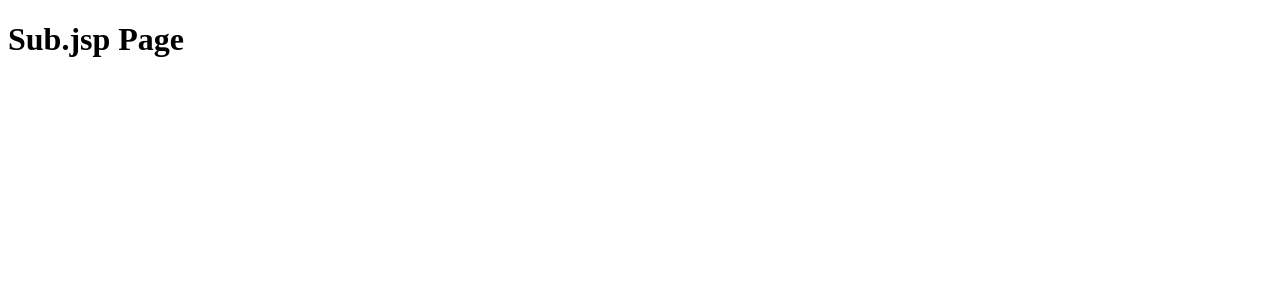
Repository: kimhun456/JSPLearn
Page: http://localhost/ActionTag/param.jsp
An editor plug-in stored every save of this project. The page is shown before and after a run of saves, followed by the edit.
The browser window is 1280 px wide. The pictures show the whole page.
The page is served by Tomcat 9.

Above is the page before, as saved 2015-06-28 12:24:31.

### ActionTag/WebContent/param.jsp
<%@ page language="java" contentType="text/html; charset=UTF-8"
	pageEncoding="UTF-8"%>
<!DOCTYPE html PUBLIC "-//W3C//DTD HTML 4.01 Transitional//EN" "http://www.w3.org/TR/html4/loose.dtd">
<html>
<head>
<meta http-equiv="Content-Type" content="text/html; charset=UTF-8">
<title>Insert title here</title>
</head>
<body>
	<jsp:forward page="sub.jsp">
		<jsp:param value="kimhun456" name="id" />
		<jsp:param value="1234" name="pw" />
	</jsp:forward>

</body>
</html>

### ActionTag/WebContent/sub.jsp
<%@ page language="java" contentType="text/html; charset=UTF-8"
    pageEncoding="UTF-8"%>
<!DOCTYPE html PUBLIC "-//W3C//DTD HTML 4.01 Transitional//EN" "http://www.w3.org/TR/html4/loose.dtd">
<html>
<head>
<meta http-equiv="Content-Type" content="text/html; charset=UTF-8">
<title>Insert title here</title>
</head>
<body>
	<h1>Sub.jsp Page</h1>

	<%
		String id = request.getParameter("id");
		String pw = request.getParameter("pw");
	%>
</body>
</html>

After the next 2 saves:
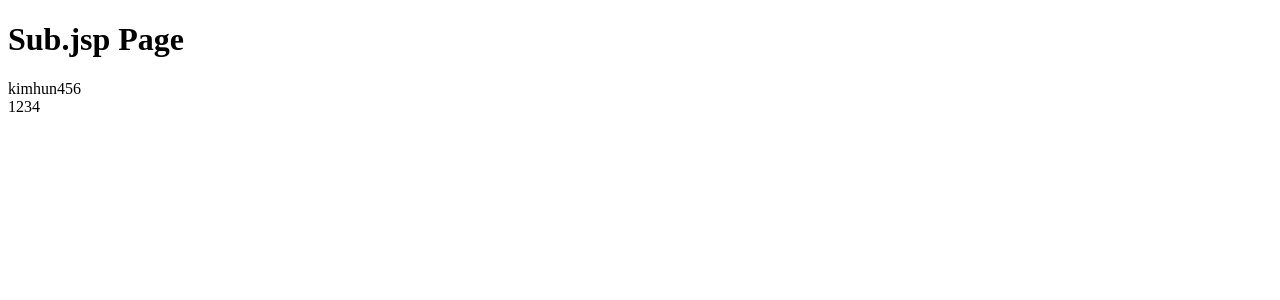
The 2 saves are shown as one change because they came seconds apart.
The last was saved 30 s later.
--- a/ActionTag/WebContent/sub.jsp
+++ b/ActionTag/WebContent/sub.jsp
@@ -1,5 +1,5 @@
 <%@ page language="java" contentType="text/html; charset=UTF-8"
-    pageEncoding="UTF-8"%>
+	pageEncoding="UTF-8"%>
 <!DOCTYPE html PUBLIC "-//W3C//DTD HTML 4.01 Transitional//EN" "http://www.w3.org/TR/html4/loose.dtd">
 <html>
 <head>
@@ -12,6 +12,9 @@
 	<%
 		String id = request.getParameter("id");
 		String pw = request.getParameter("pw");
+
+		out.println(id + "<br>");
+		out.println(pw + "<br>");
 	%>
 </body>
 </html>
